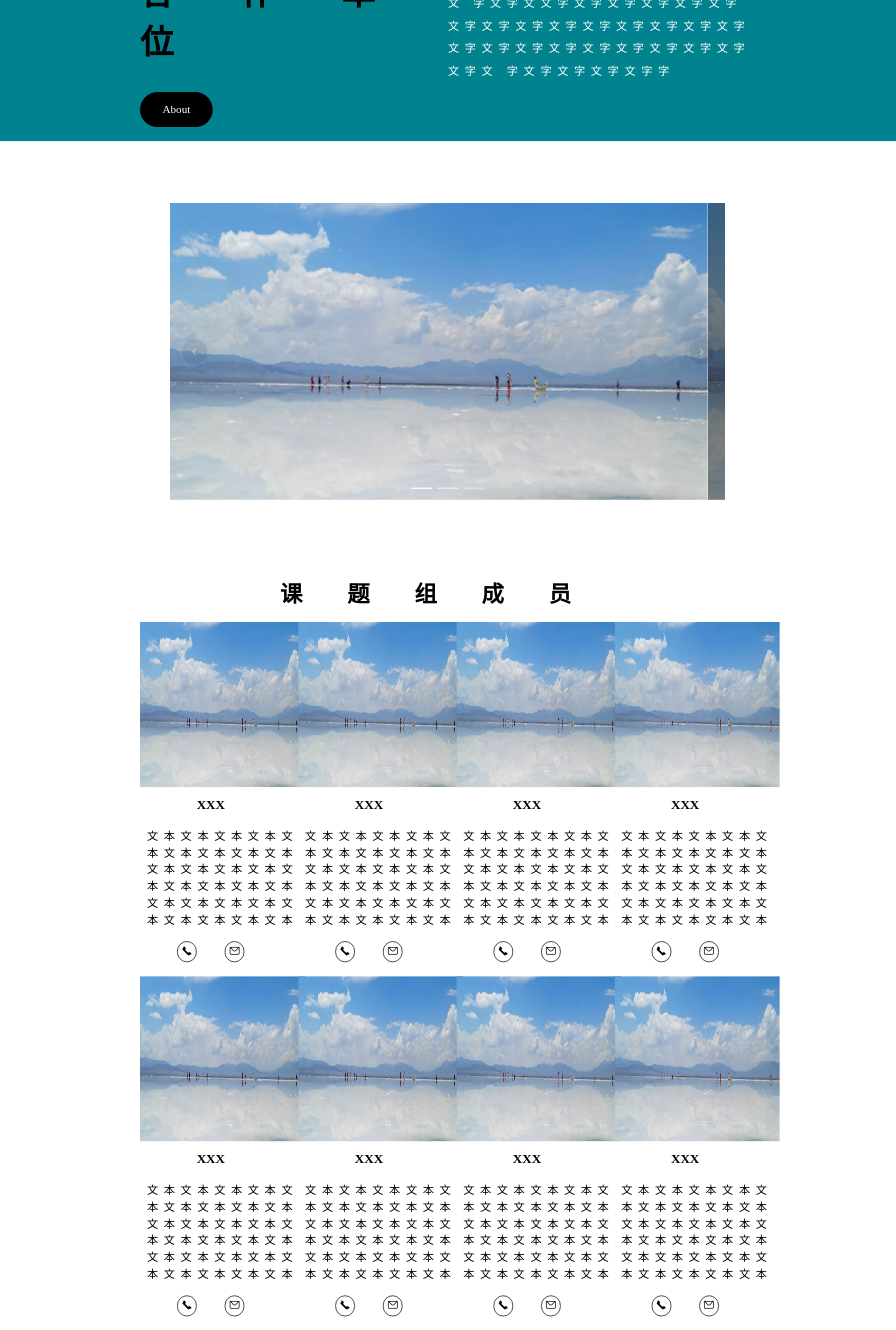
Repository: BLSY/xzust
Page: /
These files come from the project's save history. The page is drawn as it stood at one moment and after the next save; the edit follows.
The browser window is 1280 px wide. The pictures show the part of the page from y = 1092 to 3012 px (the page is 2992 px tall before and 3012 px after), at 70% of full size.
The project was rebuilt for these pictures with package versions that can differ from the ones it lists, and the page was loaded fresh each time.

Above is the page before, as saved 2022-11-27 12:01:22.

After the next save:
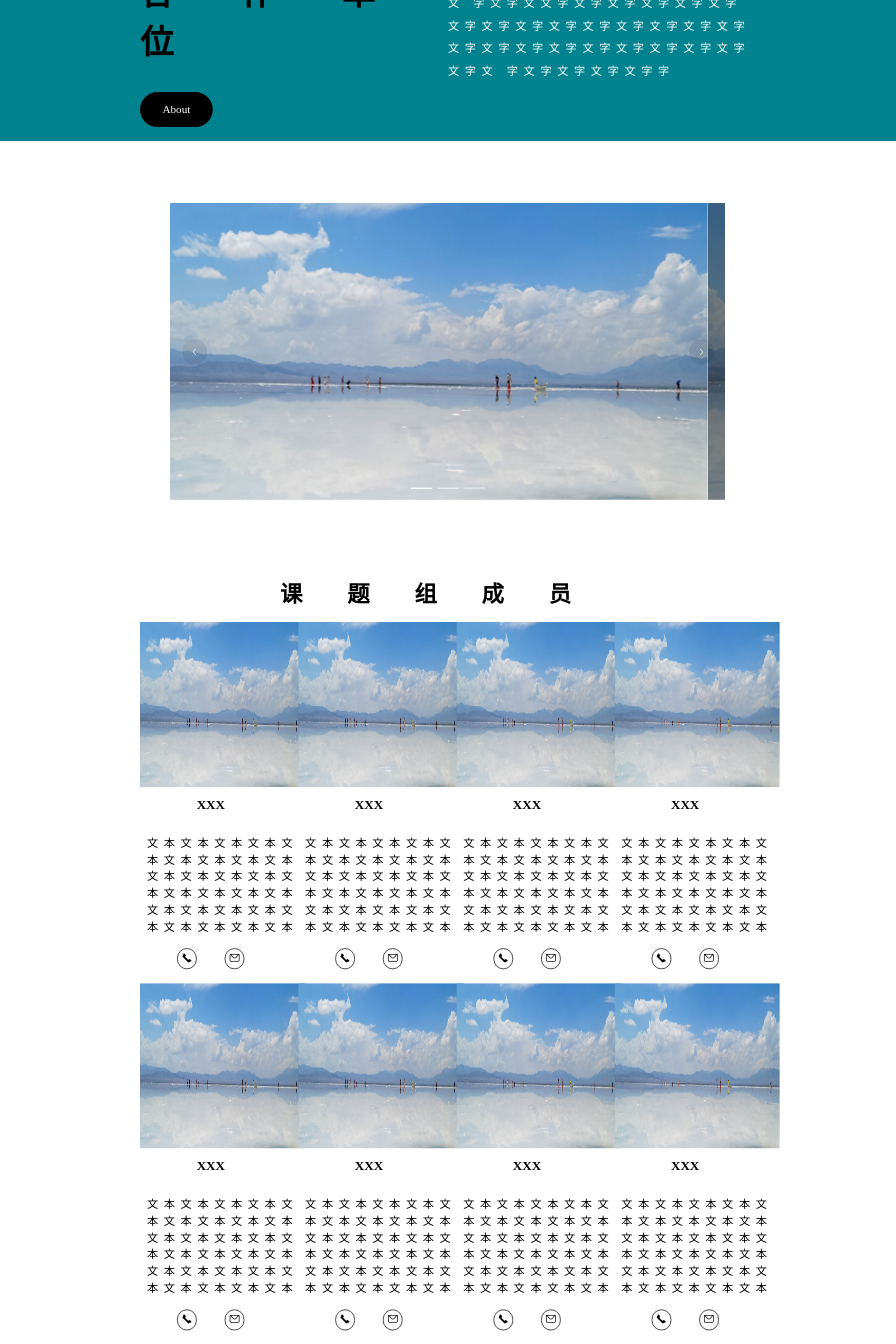
Saved 70 s later.
--- a/src/components/HelloWorld.vue
+++ b/src/components/HelloWorld.vue
@@ -379,7 +379,7 @@ html{
   }
   .show-detile{
     width: 236px;
-    text-align: center;
+    display: inline-block;
     font-size: 1em;
     letter-spacing:0.5em;
     margin: 20px 0;
